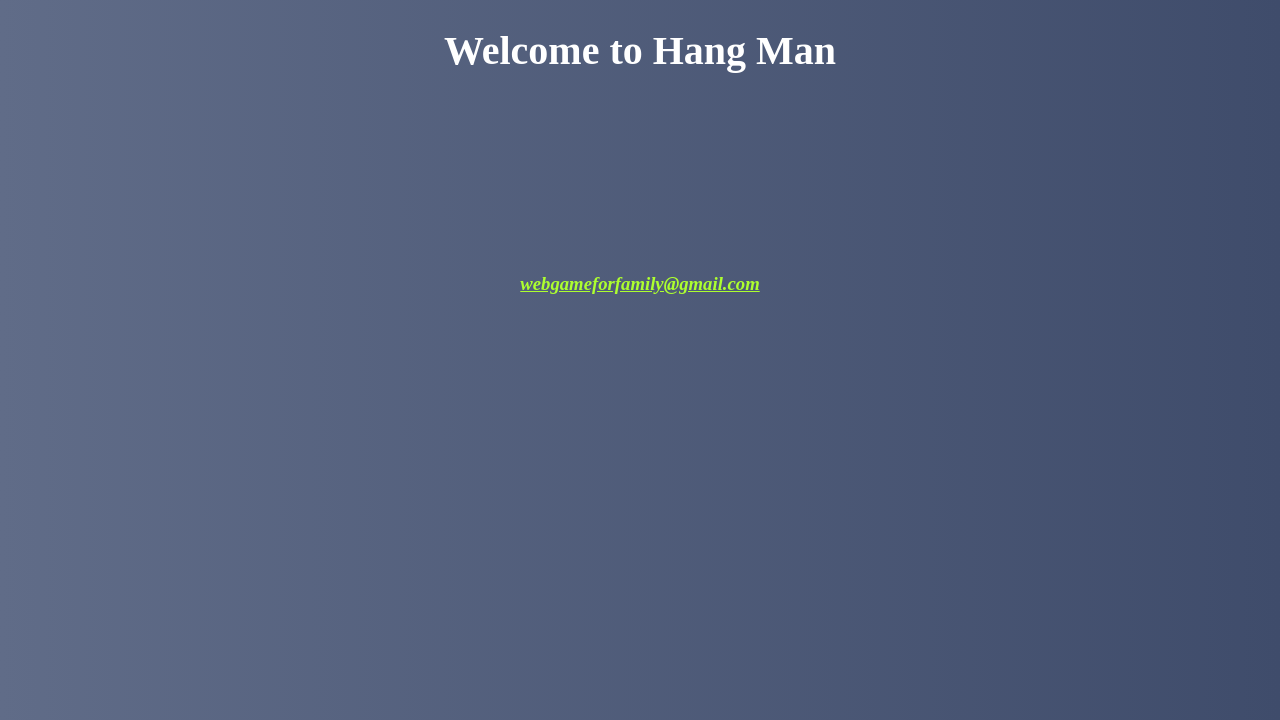
Repository: Darkingfired/Game
Page: hangman.html
These files come from the project's save history. The page is drawn as it stood at one moment and after the next save; the edit follows.
The browser window is 1280 px wide. The pictures show the whole page.

Above is the page before, as saved 2022-11-22 22:11:10.

After the next save:
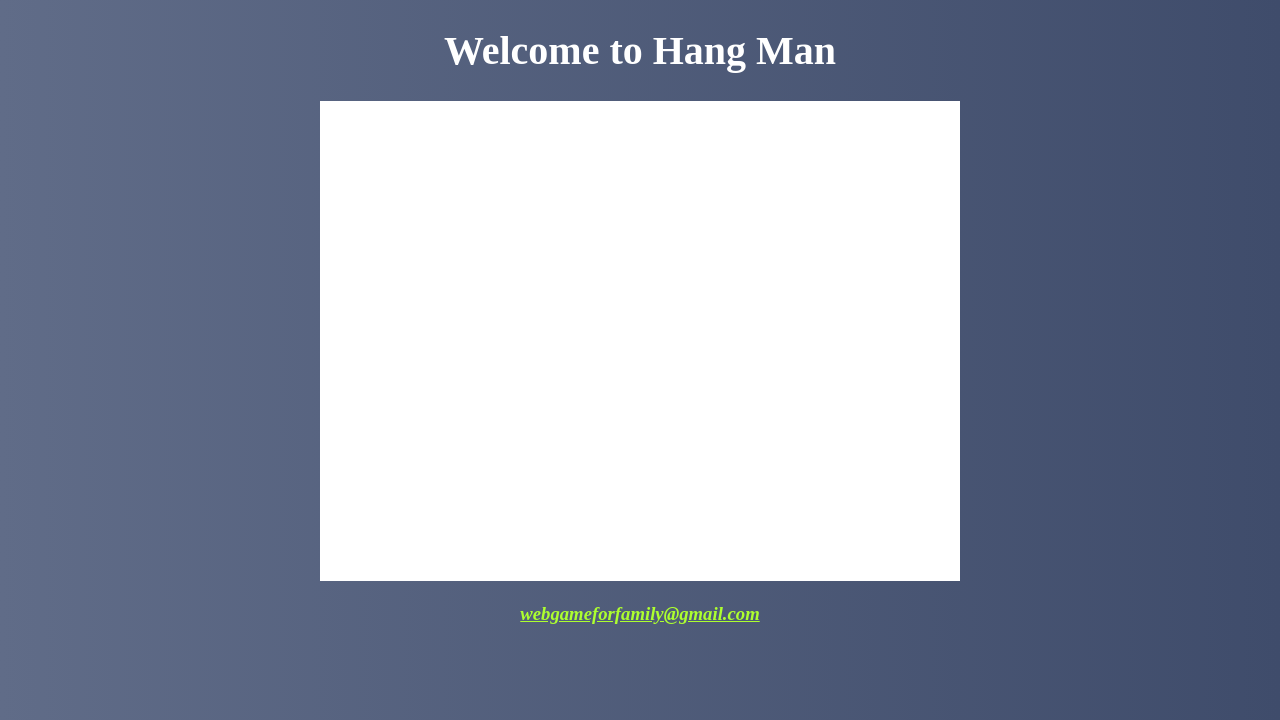
Saved 7 s later.
--- a/style.css
+++ b/style.css
@@ -65,15 +65,20 @@ form {
   display: block;
   font-size: 30px;
 }
-h1{
+h1 {
   font-size: 40px;
 }
-label{
+label {
   font-size: 40px;
 }
-input{
+input {
   font-size: 20px;
 }
-a{
-  color:greenyellow;
+a {
+  color: greenyellow;
 }
+canvas {
+  width: 40em;
+  height: 30em;
+  background: white;
+}
